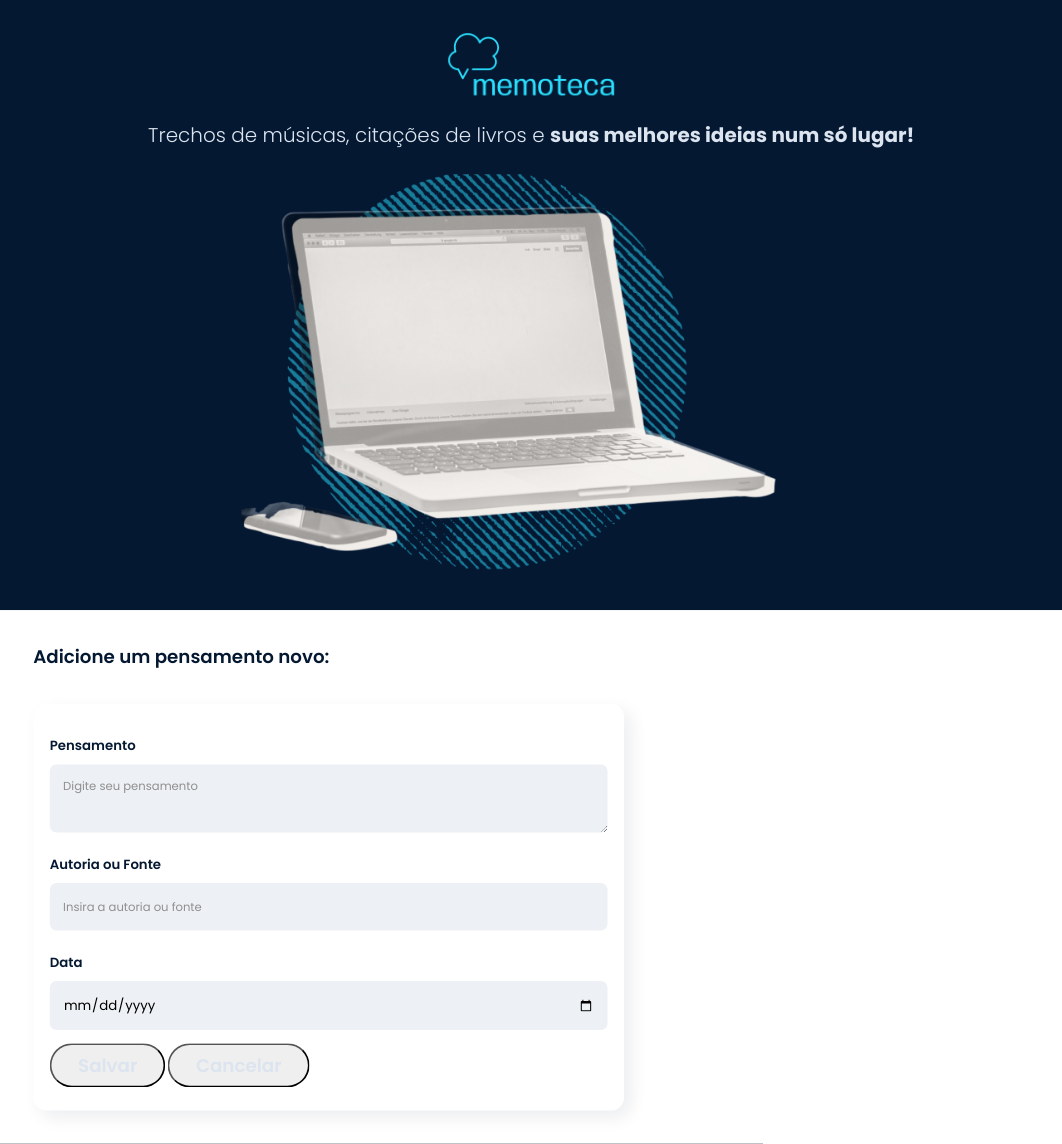
Repository: joaoPraiaJunior/crud_js
Page: index.html
The author's editor kept a copy of each file at every save. The page is drawn from the files as they stood at one save, then again after the next save.
The browser window is 1280 px wide. The pictures show the whole page, at 83% of full size.

Above is the page before, as saved 2024-09-26 22:54:47.

### index.html
<!doctype html>
<html lang="pt-BR" dir="ltr">
	<head>
		<meta charset="UTF-8">
		<meta name="viewport" content="width=device-width, initial-scale=1">
		<title>CRUD de Pensamentos</title>
		<link rel="preconnect" href="https://fonts.googleapis.com">
		<link rel="preconnect" href="https://fonts.gstatic.com" crossorigin>
		<link href="https://fonts.googleapis.com/css2?family=Poppins:ital,wght@0,100;0,200;0,300;0,400;0,500;0,600;0,700;0,800;0,900;1,100;1,200;1,300;1,400;1,500;1,600;1,700;1,800;1,900&display=swap" rel="stylesheet">
		<link href="https://fonts.googleapis.com/css2?family=Roboto+Mono:ital,wght@0,100..700;1,100..700&display=swap" rel="stylesheet">
		<link rel="stylesheet" href="css/styles.css">
	</head>
	<body>
		<header class="cabecalho">
			<div class="logo">
				<img src="assets/imagens/logo.png" alt="Logo do CRUD meus pensamentos">
				<h1>
					Trechos de músicas,
					citações de livros e
					<strong>suas melhores ideias num só lugar!</strong>
				</h1>
			</div>
			<div class="imagem-cabecalho">
				<img src="assets/imagens/computador-cabecalho.png" aria-hidden="true" alt>
			</div>
		</header>
		<main class="background-overlay">
			<div class="overlay"></div>
			<div class="overlay overlay-color"></div>
			<section>
				<h2>Adicione um pensamento novo:</h2>
				<div id="form-container">
					<form id="pensamento-form" data-js="formulario">
						<input type="hidden" id="pensamento-id" name="id">
						<label for="pensamento-conteudo">Pensamento</label>
						<textarea id="pensamento-conteudo" name="conteudo" placeholder="Digite seu pensamento" minlength="10" maxlength="200" required></textarea>
						<label for="pensamento-autoria"> Autoria ou Fonte </label>
						<input type="text" id="pensamento-autoria" name="autoria" placeholder="Insira a autoria ou fonte" minlength="3" maxlength="15" required>
						<label for="pensamento-data">Data</label>
						<input type="date" name="data" id="pensamento-data" required>
						<div class="form-botoes">
							<button type="submit" id="botao-salvar">Salvar</button>
							<button type="reset" id="botao-cancelar" data-js="botao-resetar-formulario">Cancelar</button>
						</div>
					</form>
				</div>
			</section>
			<!-- <section id="lista-pensamentos-container">
				<h3>Meu Mural</h3>
                <div id="busca-container">
                    <label for="campo-busca">
                        <input type="search" name="busca" id="campo-busca" placeholder="O que você procura?" data-js="busca-pensamento">
                    </label>
                </div>
				<div id="mensagem-vazia" class="mensagem-vazia" data-js="mural-vazio">
					<img src="assets/imagens/lista-vazia.png" alt="Nenhum pensamento disponível">
					<p>Nada por aqui ainda, que tal compartilhar alguma ideia?</p>
				</div>
				<ul id="lista-pensamentos" data-js="lista-de-pensamentos"></ul>
			</section> -->
		</main>
		<!-- <footer>
			<p>&copy; 2024 Desenvolvido por Alura. Projeto fictício sem fins comerciais.</p>
		</footer>

		<script type="module" src="./js/main.js"></script> -->
	</body>
</html>

### css/styles.css
* {
	margin: 0;
	padding: 0;
	box-sizing: border-box;
}

html {
	font-size: 62.5%;
	scroll-behavior: smooth;
}

:root {
	--Baby-blue: #dbe4ef;
	--Azul-Dark: #041832;
	--Cinza-claro: #edf0f4;
	--Cinza-medio: #8f8f8f;
	--Cinza: #444;
	--font-primaria: 'Poppins', sans-serif;
	--font-secundaria: 'Roboto Mono', sans-serif;
}

body {
	font-family: var(--font-primaria);
}

h2,
h3 {
	color: var(--Azul-Dark, #041832);
	font-family: var(--font-primaria);
	font-size: 2.2rem;
	font-style: normal;
	font-weight: 600;
	line-height: normal;
}

header {
	display: flex;
	flex-direction: column;
	justify-content: center;
	align-items: center;
	gap: 3rem;
	background: var(--Azul-Dark, #041832);
	padding: 4rem;
}

.logo {
	display: flex;
	flex-direction: column;
	align-items: center;
	gap: 3rem;
}

.logo img {
	max-width: 20rem;
}

.logo h1 {
	color: var(--Baby-blue, #dbe4ef);
	font-family: var(--font-primaria);
	font-size: 2.4rem;
	font-weight: 300;
	line-height: 3.5rem;
	text-align: center;
}

.imagem-cabecalho img {
	max-width: 100%;
}

main {
	padding: 4rem;
}

#form-container {
	display: flex;
	flex-direction: column;
	align-items: center;
	justify-content: center;
	gap: 4rem;
	background: #fff;
	margin-top: 4rem;
	border-radius: 1.6rem;
	padding: 2.8rem 2rem;
	box-shadow: 8px 8px 20px 0px rgba(4, 24, 50, 0.08);
	width: 100%;
	max-width: 71.2rem;
}

#pensamento-form {
	display: flex;
	flex-direction: column;
	width: 100%;
}

#pensamento-conteudo,
#pensamento-autoria,
#pensamento-data {
	padding: 1.6rem;
	border-radius: 8px;
	background: var(--Cinza-claro, #edf0f4);
}

#pensamento-conteudo {
	min-height: 8rem;
}

#pensamento-data {
	cursor: pointer;
}

#pensamento-form label {
	color: var(--Azul-Dark, #041832);
	font-family: var(--font-primaria);
	font-size: 1.6rem;
	font-weight: 600;
	margin: 1rem 0;
}

#pensamento-conteudo::placeholder,
#pensamento-autoria::placeholder {
	color: var(--Cinza-medio, #8f8f8f);
	font-family: var(--font-primaria);
	font-size: 1.4rem;
	font-style: normal;
	font-weight: 400;
}

#pensamento-form textarea,
#pensamento-form input {
	font-size: 1.6rem;
	font-family: var(--font-primaria);
	margin-bottom: 1.6rem;
	border-style: none;
	outline: none;
}

#botao-salvar,
#botao-cancelar {
	padding: 0.8rem 3.2rem;
	border-radius: 3.2rem;
	color: var(--Baby-blue, #dbe4ef);
	font-family: var(--font-primaria);
	font-size: 22px;
	font-style: normal;
	font-weight: 600;
	line-height: normal;
	cursor: pointer;
}

/* main {
	padding-top: 12rem;
	flex: 1;
	display: flex;
	flex-direction: column;
	align-items: center;
	position: relative;
	min-height: 280vh;
	box-sizing: border-box;
}

.overlay {
	position: absolute;
	top: 0;
	left: 0;
	width: 100%;
	height: 100%;
	background-image: url('/assets/imagens/background.png');
	background-size: cover;
	opacity: 0.5;
	z-index: -1;
}

.overlay-color {
	background-color: #f4f4f4;
}


.conteudo-cabecalho {
	display: flex;
	justify-content: center;
	gap: 3.2rem;
	align-items: center;
}

header .logo {
	display: flex;
	flex-direction: column;
	gap: 4.8rem;
}

header .logo img {
	max-width: 20rem;
}

header .logo h1 {
	color: var(--Baby-blue, #dbe4ef);
	font-family: var(--font-primaria);
	align-self: center;
	font-size: 5.2rem;
	font-weight: 300;
	line-height: 6.76rem;
}


footer {
	padding: 32px 360px;
	background: #041832;
	color: var(--Baby-blue, #dbe4ef);
	text-align: center;
	width: 100%;
	position: relative;
	left: 0;
}

h2,
h3 {
	color: var(--Azul-Dark, #041832);
	text-align: center;
	font-family: var(--font-primaria);
	font-size: 4.4rem;
	font-style: normal;
	font-weight: 600;
	line-height: normal;
}

#form-container {
	display: flex;
	padding: 4.8rem 4rem;
	flex-direction: column;
	align-items: center;
	gap: 4rem;
	align-self: center;
	justify-content: center;
	border-radius: 16px;
	position: relative;
	background: #fff;
	box-shadow: 8px 8px 20px 0px rgba(4, 24, 50, 0.08);
	width: 100%;
	max-width: 71.2rem;
	margin-top: 4rem;
}


#pensamento-conteudo::placeholder,
#pensamento-autoria::placeholder {
	color: var(--Cinza-medio, #8f8f8f);
	font-family: var(--font-primaria);
	font-size: 1.6rem;
	font-style: normal;
	font-weight: 400;
	line-height: normal;
}

#pensamento-form textarea,
#pensamento-form input {
	margin-bottom: 2.4rem;
	outline: none;
	border-style: none;
	font-size: 2rem;
	font-family: var(--font-primaria);
}

.form-botoes {
	display: flex;
	justify-content: center;
	gap: 1rem;
	padding-top: 1.6rem;
}

#botao-salvar,
#botao-cancelar {
	padding: 0.8rem 3.2rem;
	border-radius: 3.2rem;
	color: var(--Baby-blue, #dbe4ef);
	font-family: var(--font-primaria);
	font-size: 22px;
	font-style: normal;
	font-weight: 600;
	line-height: normal;
	cursor: pointer;
}

#botao-salvar {
	background: var(--Azul-Dark, #041832);
	min-width: 16rem;
}

#botao-cancelar {
	color: var(--Azul-Dark, #041832);
}

#lista-pensamentos-container {
	width: 100%;
	max-width: 120rem;
	margin: 4rem 0;
}

#lista-pensamentos-container h3 {
	display: flex;
	justify-content: center;
	flex-direction: column;
	margin: 4rem 0;
}

#lista-pensamentos-container h3::before {
	content: '';
	display: inline-block;
	align-self: center;
	width: 18rem;
	height: 0.1rem;
	background: #041832;
	margin: 5.8rem 0 4rem;
}

#lista-pensamentos {
	display: flex;
	flex-wrap: wrap;
	justify-content: space-between;
	row-gap: 3.2rem;
	padding: 0;
	list-style: none;
}

/* .li-pensamento {
	position: relative;
	padding: 1.6rem;
	background: var(--Branco, #fff);
	box-shadow: 0.8rem 0.8rem 0rem 0rem #154580;
	flex: 1 1 calc(33.333% - 24px);
	max-width: calc(33.333% - 24px);
	min-width: 38.4rem;
	min-height: 31.5rem;
	display: flex;
	flex-direction: column;
	overflow-wrap: break-word;
	word-wrap: break-word;
	hyphens: auto;
} */

/* .li-pensamento {
	display: flex;
	flex-direction: column;
	flex: 1 1 calc(33.333% - 24px);
	gap: 1.2rem;
	position: relative;
	background: var(--Branco, #fff);
	box-shadow: 0.8rem 0.8rem 0rem 0rem #154580;
	max-width: calc(33.333% - 2.4rem);
	min-width: 38.4rem;
	min-height: 31.5rem;
	padding: 2.4rem;
}

.icone-aspas {
	width: 6.4rem;
	height: 5rem;
}

.pensamento-conteudo,
.pensamento-autoria,
.pensamento-data {
	color: var(--Cinza, #444);
	font-family: var(--font-secundaria);
	hyphens: auto;
}

.pensamento-conteudo {
	font-size: 1.6rem;
	font-weight: 400;
}

.pensamento-autoria {
	font-size: 1.6rem;
	font-weight: 600;
}

.pensamento-data {
	font-size: 1.2rem;
	font-weight: 500;
	margin-bottom: 4rem;
}

.icones {
	position: absolute;
	bottom: 0;
	align-self: flex-end;
}

.botao-editar,
.botao-excluir,
.botao-favoritar {
	background: none;
	border: none;
	cursor: pointer;
	padding: 0.8rem;
	margin-left: 0.8rem;
}

.botao-editar img,
.botao-excluir img {
	width: 2rem;
	height: 2rem;
}

.botao-favoritar img {
	width: 2.3rem;
}

.mensagem-vazia {
	display: none;
	text-align: center;
	color: var(--Azul-Dark, #041832);
	margin-top: 40px;
}

.mensagem-vazia img {
	max-width: 200px;
	margin-bottom: 20px;
}

.mensagem-vazia p {
	font-family: var(--font-primaria);
	font-size: 2.2rem;
	font-weight: 400;
	line-height: 3.3rem;
	text-align: center;
}

#busca-container {
	display: flex;
	align-items: center;
	width: 100%;
	max-width: 60rem;
	margin: 5.6rem auto;
	padding: 0 1.6rem;
}

#busca-container label {
	display: flex;
	align-items: center;
}

#campo-busca {
	flex: 1;
	width: 57.2rem;
	height: 4.8rem;
	padding: 0.8rem 4.5rem;
	border-radius: 3.2rem;
	border: 0.1rem solid #144480;
	font-family: var(--font-primaria);
	font-size: 1.6rem;
	font-weight: 400;
	outline: none;
}

#busca-container label::before {
	content: url('../assets/imagens/lupa.png');
	display: block;
	position: relative;
	left: 3.5rem;
	width: 2.4rem;
	height: 2.4rem;
}  */

After the next save:
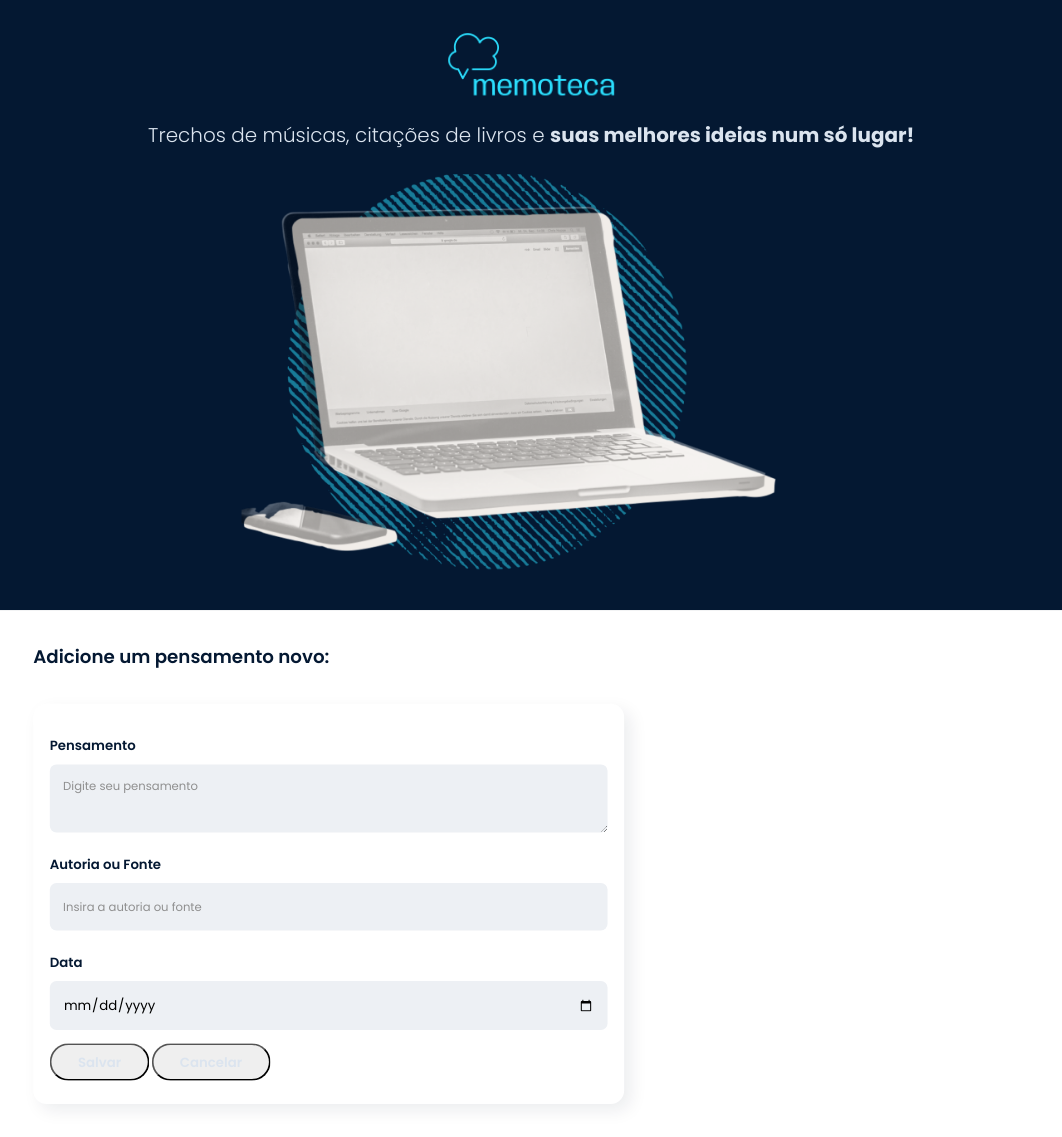
Saved 26 s later.
--- a/css/styles.css
+++ b/css/styles.css
@@ -140,10 +140,8 @@ main {
 	border-radius: 3.2rem;
 	color: var(--Baby-blue, #dbe4ef);
 	font-family: var(--font-primaria);
-	font-size: 22px;
-	font-style: normal;
-	font-weight: 600;
-	line-height: normal;
+	font-size: 1.6rem;
+	font-weight: 600;
 	cursor: pointer;
 }
 
